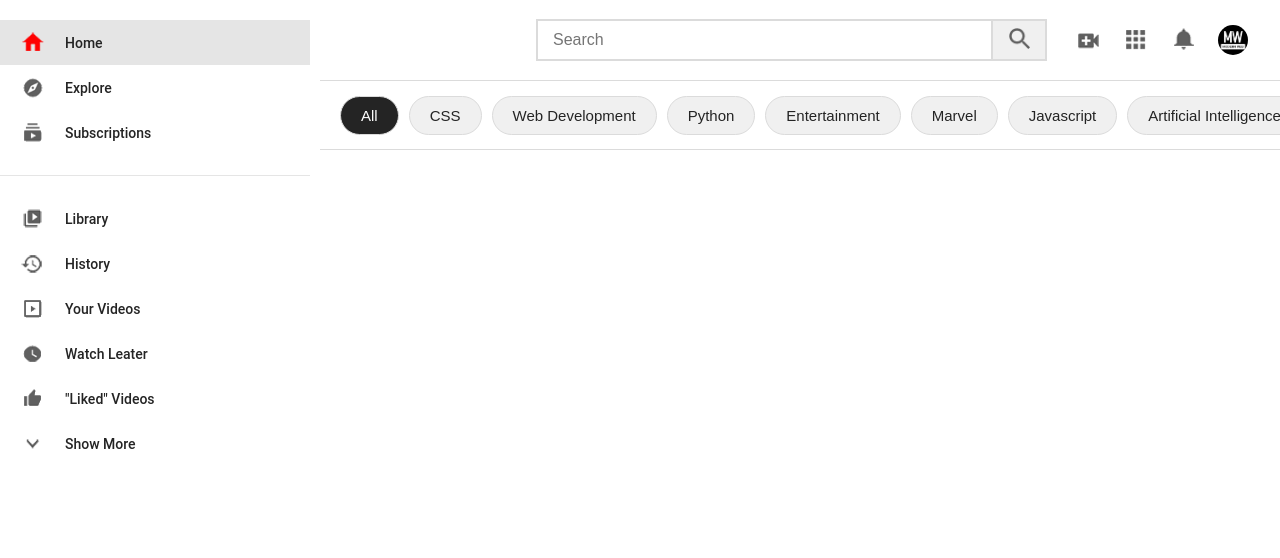
Repository: ds-mbappe/YouTube-Clone-UI
Page: index.html
These files come from the project's save history. The page is drawn as it stood at one moment and after the next save; the edit follows.
The browser window is 1280 px wide. The pictures show the whole page.
The page's requests for data from a server got no answer.

Above is the page before, as saved 2021-08-03 00:32:46.

### index.html
<!DOCTYPE html>
<html lang="en">
<head>
    <meta charset="UTF-8">
    <meta http-equiv="X-UA-Compatible" content="IE=edge">
    <meta name="viewport" content="width=device-width, initial-scale=1.0">
    <link rel="stylesheet" href="styles.css"/>
    <title>YouTube</title>
</head>
<body>
    <nav class="navbar">
        <div class="toggle-btn">
            <span></span>
            <span></span>
            <span></span>
        </div>
        <img src="img/logo.PNG" class="logo" alt="">
        <div class="search-box">
            <input type="text" class="search-bar" placeholder="search">
            <button class="search-btn"><img src="img/search.PNG" alt=""></button>
        </div>
        <div class="user-options">
            <img src="img/video.PNG" class="icon" alt="">
            <img src="img/grid.PNG" class="icon" alt="">
            <img src="img/bell.PNG" class="icon" alt="">
            <div class="user-dp">
                <img src="img/profile-pic.png" alt="">
            </div>
        </div>
    </nav>
    <div class="side-bar">
        <a href="#" class="links active"><img src="img/home.PNG" alt="">home</a>
        <a href="#" class="links"><img src="img/explore.PNG" alt="">explore</a>
        <a href="#" class="links"><img src="img/subscription.PNG" alt="">subscriptions</a>
        <hr class="seperator">
        <a href="#" class="links"><img src="img/library.PNG" alt="">library</a>
        <a href="#" class="links"><img src="img/history.PNG" alt="">history</a>
        <a href="#" class="links"><img src="img/your-video.PNG" alt="">your videos</a>
        <a href="#" class="links"><img src="img/watch-later.PNG" alt="">watch leater</a>
        <a href="#" class="links"><img src="img/liked video.PNG" alt="">"liked" videos</a>
        <a href="#" class="links"><img src="img/show more.PNG" alt="">show more</a>
    </div>
    <div class="filters">
        <button class="filter-options active">all</button>
        <button class="filter-options">CSS</button>
        <button class="filter-options">web development</button>
        <button class="filter-options">python</button>
        <button class="filter-options">entertainment</button>
        <button class="filter-options">marvel</button>
        <button class="filter-options">javascript</button>
        <button class="filter-options">artificial intelligence</button>
        <button class="filter-options">machine learning</button>
        <button class="filter-options">trending</button>
    </div>
    <hr class="seperator">
    <div class="video-container">
        <!-- <div class="video">
            <img src="img/profile-pic.png" class="thumbnail" alt="">
            <div class="content">
                <img src="img/profile-pic.png" class="channel-icon" alt="">
                <div class="info">
                    <h4 class="title">youtube clone 2021 | create working youtube clone</h4>
                    <p class="channel-name">modern web</p>
                </div>
            </div>
        </div> -->
    </div>

    <script src="app.js"></script>

</body>
</html>

### styles.css
* {
  margin: 0;
  padding: 0;
  box-sizing: border-box;
}

*:focus {
  outline: none;
}

body {
  position: relative;
  font-family: "roboto", sans-serif;
}

.navbar {
  position: fixed;
  top: 10px;
  left: 0;
  width: 100%;
  height: 60px;
  background: #fff;
  display: flex;
  align-items: center;
  padding: 0 2.5vw;
}

.toggle-btn {
  margin-bottom: 10px;
  width: 20px;
  height: 15px;
  position: relative;
  cursor: pointer;
}

.toggle-btn span {
  position: absolute;
  width: 100%;
  height: 2px;
  top: 50%;
  transform: translateY(-50%);
  background: #979797;
}

.toggle-btn span:nth-child(1) {
  top: 0;
}

.toggle-btn span:nth-child(3) {
  top: 100%;
}

.logo {
  height: 30px;
  margin: -10px 30px 0;
}

.search-box {
  position: relative;
  margin-left: 290px;
  width: 46%;
  height: 42px;
  display: flex;
}

.search-bar {
  width: 85%;
  height: 100%;
  border: 2px solid #dbdbdb;
  padding: 0 15px;
  font-size: 16px;
  text-transform: capitalize;
}

.search-btn {
  width: 10%;
  height: 100%;
  background: #f0f0f0;
  border: 2px solid #dbdbdb;
  padding: 5px 0;
  border-left: none;
}

.search-btn img {
  height: 75%;
}

.user-options {
  height: 35px;
  display: flex;
  margin-left: auto;
  align-items: center;
}

.user-options .icon {
  height: 80%;
  margin-right: 20px;
  cursor: pointer;
}

.user-dp {
  cursor: pointer;
  height: 30px;
  width: 30px;
  border-radius: 50%;
  overflow: hidden;
}

.user-dp img {
  width: 100%;
  height: 100%;
  object-fit: cover;
}

.side-bar {
  position: fixed;
  top: px;
  left: 0;
  min-width: 320px;
  width: 250px;
  height: calc(100vh - 60px);
  background: #fff;
  padding-right: 10px;
}

.links {
  display: block;
  width: 100%;
  padding: 10px 20px;
  display: flex;
  align-items: center;
  text-transform: capitalize;
  color: #242424;
  font-size: 14px;
  font-weight: 500;
  text-decoration: none;
}

.links img {
  height: 25px;
  margin-right: 20px;
}

.links:hover,
.links.active {
  background: rgba(0, 0, 0, 0.1);
}

.seperator {
  border: none;
  border-bottom: 1px solid rgba(0, 0, 0, 0.1);
  margin: 20px 0;
}

.filters {
  position: fixed;
  left: 320px;
  top: 80px;
  width: calc(100% - 250px);
  height: 70px;
  background: #fff;
  border-top: 1px solid #dbdbdb;
  border-bottom: 1px solid #dbdbdb;
  padding: 0 20px;
  display: flex;
  align-items: center;
  overflow-x: auto;
  overflow-y: hidden;
}

.filters::-webkit-scrollbar {
  display: none;
}

.filter-options {
  flex: 0 0 auto;
  padding: 10px 20px;
  border-radius: 50px;
  background: #f0f0f0;
  border: 1px solid #dbdbdb;
  text-transform: capitalize;
  margin-right: 10px;
  color: #242424;
  font-size: 15px;
  cursor: pointer;
}

.filter-options.active {
  color: #fff;
  background: #242424;
}

.video-container {
  width: calc(100% - 250px);
  margin-top: 120px;
  margin-left: 250px;
  padding: 20px;
  display: grid;
  grid-template-columns: repeat(4, 25%);
  grid-gap: 25px 15px;
  overflow-x: hidden;
}

.video {
  min-height: 250px;
  height: auto;
  cursor: pointer;
}

.thumbnail {
  width: 100%;
  height: 150px;
  object-fit: cover;
}

.content {
  width: 100%;
  height: 100px;
  padding: 10px;
  display: flex;
}

.channel-icon {
  width: 40px;
  height: 40px;
  border-radius: 50%;
  object-fit: cover;
  margin-right: 10px;
}

.title {
  width: 100%;
  overflow: hidden;
}

.channel-name {
  font-size: 14px;
  margin: 2px 0;
  margin-top: 5px;
  color: #979797;
}

### app.js
let api_key = "AIzaSyDHsb2XFQC_A5c3sgJTcE1WiZPR0dXluDA";
let video_http = "https://www.googleapis.com/youtube/v3/videos?";
let channel_http = "https://www.googleapis.com/youtube/v3/channels?";

fetch(video_http + new URLSearchParams({
    key: api_key,
    part: 'snippet',
    chart: 'mostPopular',
    maxResults: 50,
    regionCode: 'FR'
})).then(res => res.json()).then(data => {
    data.items.forEach(item => {
        getChannelIcon(item);
    })
}).catch(err => console.log(err));

const getChannelIcon = (video_data) => {
    fetch(channel_http + new URLSearchParams({
        key: api_key,
        part: 'snippet',
        id: video_data.snippet.channelId
    }))
    .then(res => res.json())
    .then(data => {
        video_data.channelThumbnail = data.items[0].snippet.thumbnails.default.url;
        makeVideoCard(video_data);
    })
}

const videoCardContainer = document.querySelector('.video-container');

const makeVideoCard = (data) => {
    videoCardContainer.innerHTML += `
    <div class="video" onclick="location.href = 'https://youtube.com/watch?v=${data.id}'">
        <img src="${data.snippet.thumbnails.high.url}" class="thumbnail" alt="">
        <div class="content">
            <img src="${data.channelThumbnail}" class="channel-icon" alt="">
            <div class="info">
                <h4 class="title">${data.snippet.title}</h4>
                <p class="channel-name">${data.snippet.channelTitle}</p>
            </div>
        </div>
    </div>
    `;
}

const searchInput = document.querySelector('.search-bar');
const searchBtn = document.querySelector('.search-btn');
let searchLink = "https://www.youtube.com/results?search_query=";

searchBtn.addEventListener('click', () => {
    if(searchInput.value.length){
        location.href = searchLink + searchInput.value;
    }
})

After the next save:
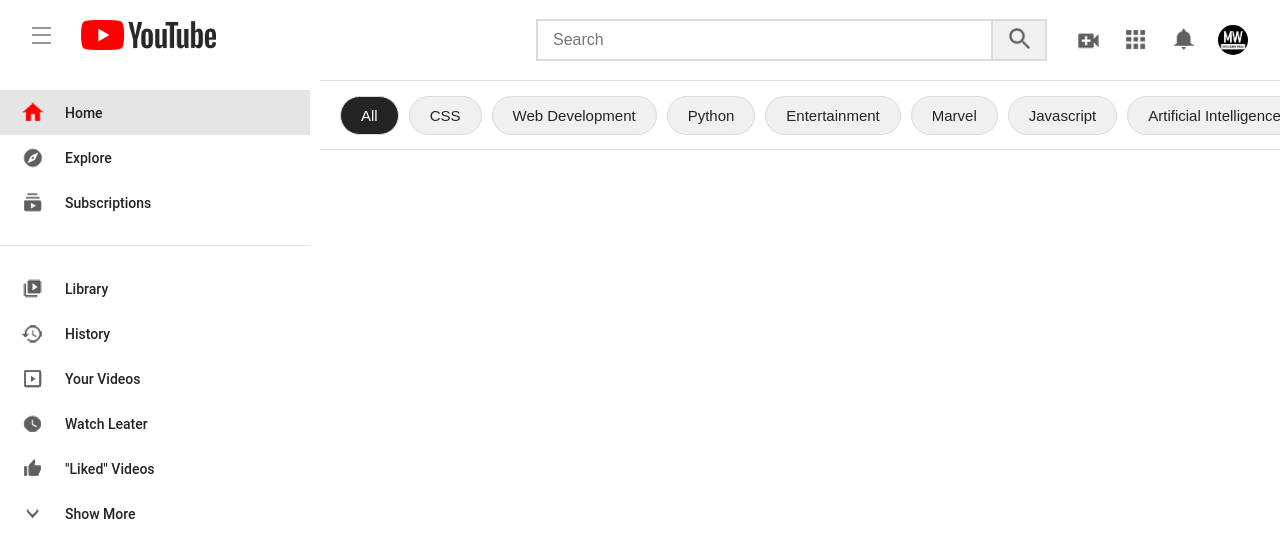
Saved 15 s later.
--- a/styles.css
+++ b/styles.css
@@ -114,7 +114,7 @@
 
 .side-bar {
   position: fixed;
-  top: px;
+  top: 90px;
   left: 0;
   min-width: 320px;
   width: 250px;
